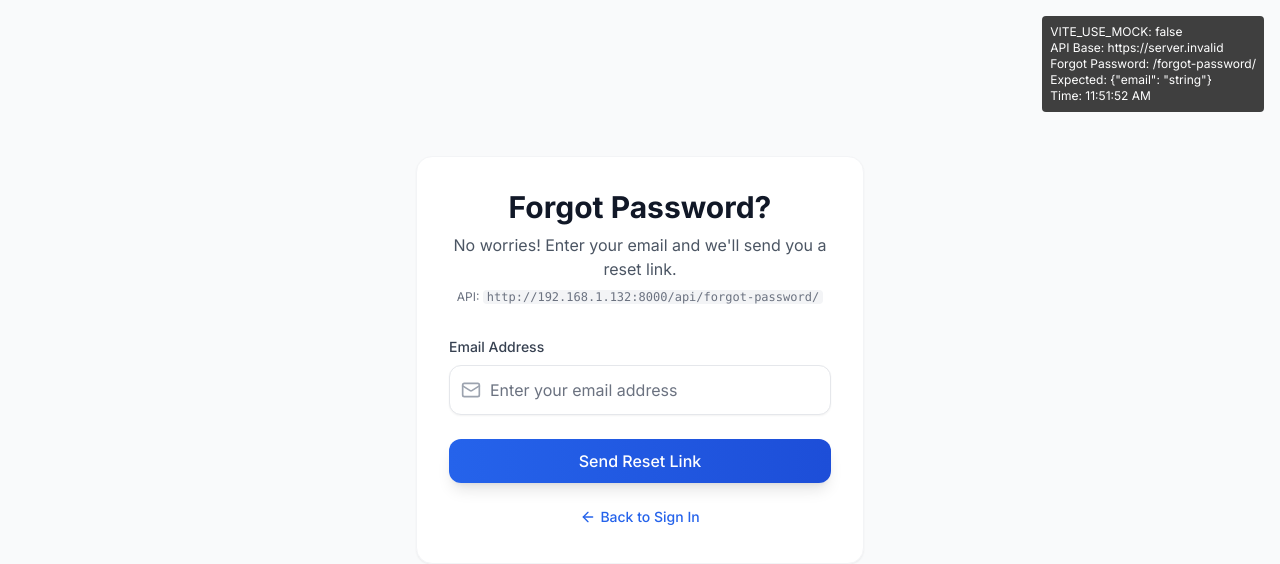
Repository: Sarvesh-2507/frontend
Page: /forgot-password
An editor plug-in stored every save of this project. The page is shown before and after the next save, followed by the edit.
The browser window is 1280 px wide. The pictures show the whole page.
The page's requests for data from a server got no answer. The project was rebuilt for these pictures with package versions that can differ from the ones it lists, and the page was loaded fresh each time. No one was signed in, and anything a server would have sent is missing. Also part of the build but not shown: vite.config.ts, src/features/employee/Profile.tsx, src/components/ui/CustomToast.tsx, src/features/authentication/Login.tsx, src/services/organizationApi.ts, src/features/authentication/Register.tsx, src/features/authentication/ResetPassword.tsx, src/components/ChangePasswordForm.tsx and 89 more.

Above is the page before, as saved 2025-09-03 16:24:26.

After the next save:
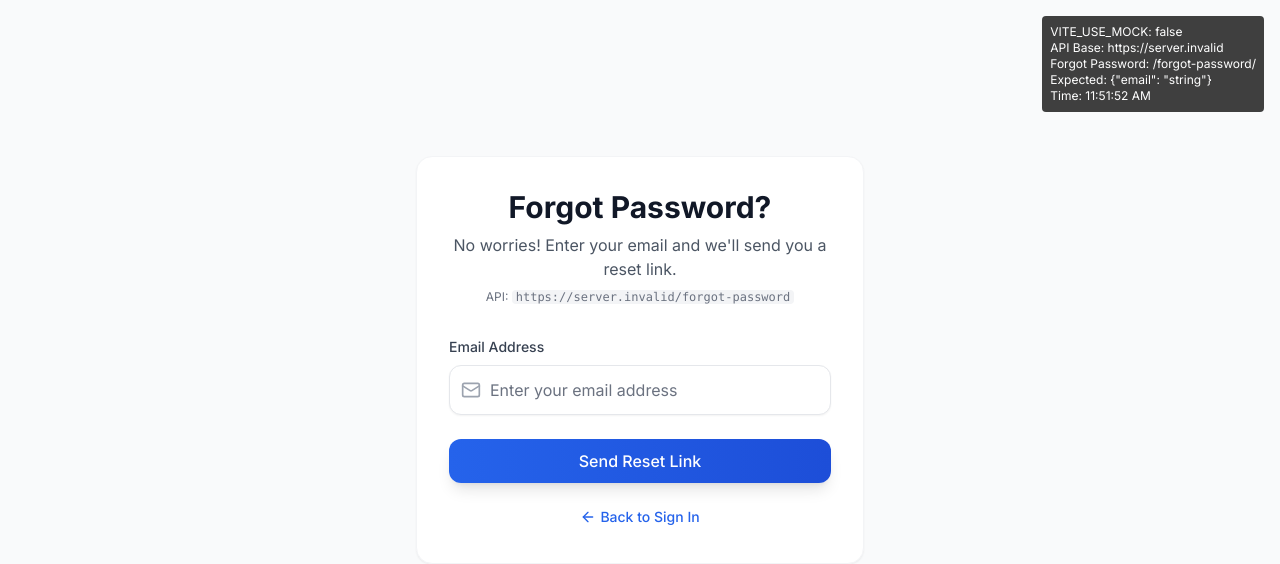
Saved 21 s later.
--- a/src/features/authentication/ForgotPassword.tsx
+++ b/src/features/authentication/ForgotPassword.tsx
@@ -129,7 +129,7 @@ const ForgotPassword: React.FC = () => {
               <div className="text-xs text-gray-500 dark:text-gray-400 mt-2">
                 API:{" "}
                 <code className="bg-gray-100 dark:bg-gray-700 px-1 rounded">
-                  http://192.168.1.132:8000/api/forgot-password/
+                  {getApiUrl('forgot-password')}
                 </code>
               </div>
             </motion.div>
